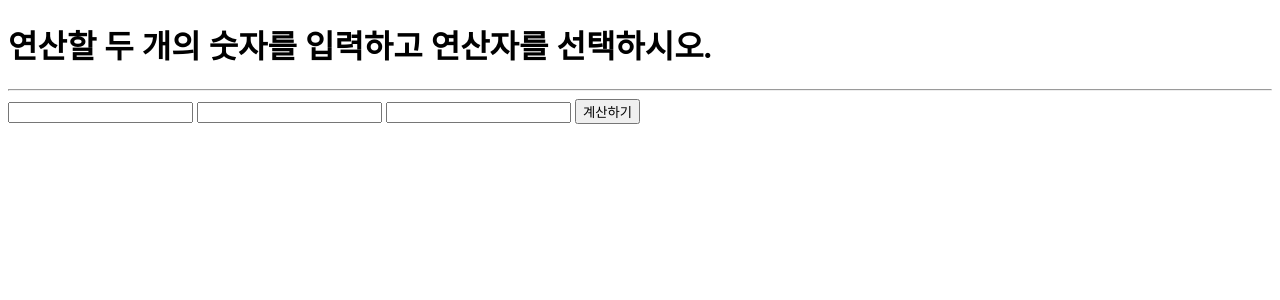
Repository: kdg0109/multicampus_course
Page: web course/workspace_web/mvc/WebContent/calcForm.html
The author's editor kept a copy of each file at every save. The page is drawn from the files as they stood at one save, then again after the next save.
The browser window is 1280 px wide. The pictures show the whole page.

Above is the page before, as saved 2018-02-09 05:41:40.

### web course/workspace_web/mvc/WebContent/calcForm.html
<!DOCTYPE html>
<html>
<head>
<meta charset="UTF-8">
<title>Insert title here</title>
</head>
<body>
	<h1>연산할 두 개의 숫자를 입력하고 연산자를 선택하시오.</h1>
	<hr>
	<form method="get" action="/mvc/calc" >
		<input type="number" name = "firstNum" required>
		<input name="favorite_calc" type=text list=favorite_calc_list>
		<datalist id=favorite_calc_list>
			<option value="+">
			<option value="-">
			<option value="*">
			<option value="/">
		</datalist>
		<input type="number" name = "LastNum"  required>
		<input type="submit" name="ok" value="계산하기">
	</form>
</body>
</html>

After the next save:
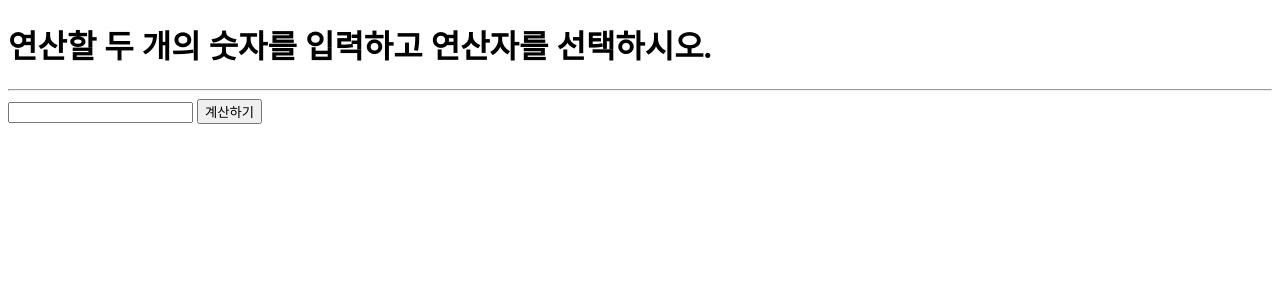
Saved 2 min 20 s later.
--- a/web course/workspace_web/mvc/WebContent/calcForm.html
+++ b/web course/workspace_web/mvc/WebContent/calcForm.html
@@ -9,14 +9,7 @@
 	<hr>
 	<form method="get" action="/mvc/calc" >
 		<input type="number" name = "firstNum" required>
-		<input name="favorite_calc" type=text list=favorite_calc_list>
-		<datalist id=favorite_calc_list>
-			<option value="+">
-			<option value="-">
-			<option value="*">
-			<option value="/">
-		</datalist>
-		<input type="number" name = "LastNum"  required>
+
 		<input type="submit" name="ok" value="계산하기">
 	</form>
 </body>

After the save that followed:
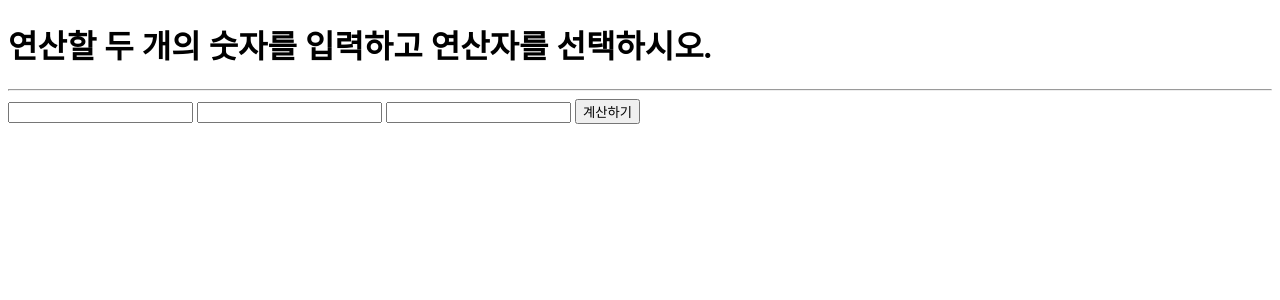
Saved 13 s later.
--- a/web course/workspace_web/mvc/WebContent/calcForm.html
+++ b/web course/workspace_web/mvc/WebContent/calcForm.html
@@ -9,7 +9,14 @@
 	<hr>
 	<form method="get" action="/mvc/calc" >
 		<input type="number" name = "firstNum" required>
-
+		<input name="favorite_calc" type=text list=favorite_calc_list>
+		<datalist id=favorite_calc_list>
+			<option value="+">
+			<option value="-">
+			<option value="*">
+			<option value="/">
+		</datalist>
+		<input type="number" name = "LastNum"  required>
 		<input type="submit" name="ok" value="계산하기">
 	</form>
 </body>
